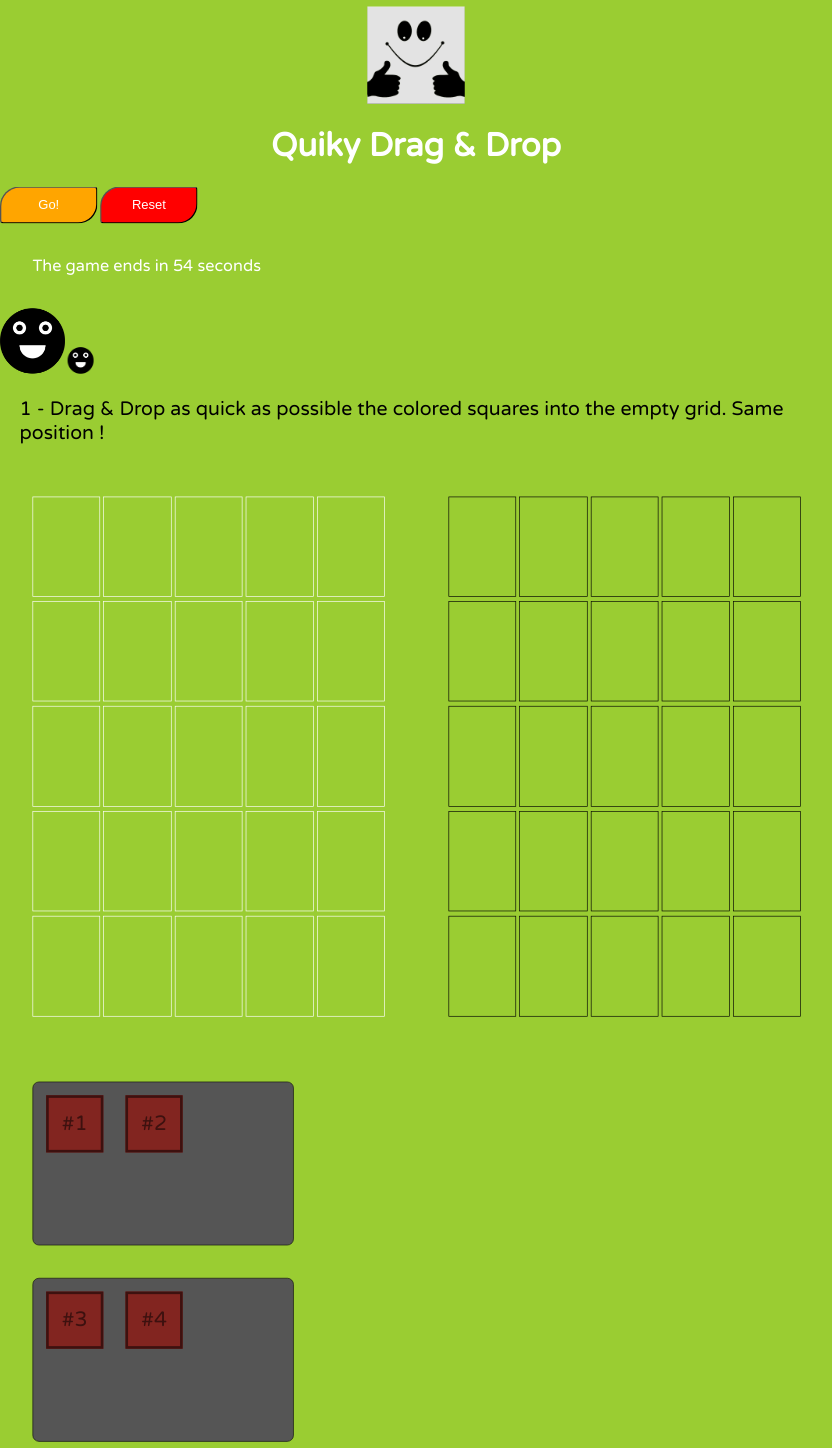
Repository: Siehan/Quiky-drag-and-drop
Page: index.html
These files come from the project's save history. The page is drawn as it stood at one moment and after the next save; the edit follows.
The browser window is 1280 px wide. The pictures show the whole page, at 65% of full size.

Above is the page before, as saved 2020-01-22 15:23:48.
Console error: TypeError: Cannot read properties of null (reading 'addEventListener')

### index.html
<!DOCTYPE html>
<html lang="en">

<head>
  <meta charset="UTF-8">
  <meta name="viewport" content="width=device-width, initial-scale=1.0">
  <meta http-equiv="X-UA-Compatible" content="ie=edge">
  <link rel="stylesheet" type="text/css" href="style.css">
  <script type="module" src="grid.js"></script>
  <script type="text/javascript"></script>
  <title>Document</title>
</head>

<body>
  <header>
    <img class="thumbs-face" src="images/Thumbs-Up-Smiley-Face.png" alt="thumbs face">
    <h1>Quiky Drag & Drop</h1>
    <button id="button-go">Go!</button>
    <button id="button-reset">Reset</button>
  </header>

  <div id="time"></div>
  <img class="black-face" src="images/1297390581.png" alt="black face">
  <img class="dragImg" src=drag_img.png>

  <p>1 - Drag & Drop as quick as possible the colored squares into the empty grid. Same position !</p>
  <div id="container">

    <div class="container-one"></div>
    <div class="container-two"></div>
  </div>

  <div class="dropper">
    <div class="draggable">#1</div>
    <div class="draggable">#2</div>
  </div>
  <div class="dropper">
    <div class="draggable">#3</div>
    <div class="draggable">#4</div>
  </div>

</body>

</html>

### style.css
@import url("https://fonts.googleapis.com/css?family=Varela+Round&display=swap");

body, html {
  font-family: 'Varela Round', sans-serif;
  background: yellowgreen;
  margin: 0 auto;
  padding: 0;
}

#button-go {
  width: 150px;
  color: white;
  font-size: 20px;
  background-color: orange;
  padding: 15px;
  border-radius: 30px 5px;
}

#button-reset {
  width: 150px;
  color: white;
  font-size: 20px;
  background-color: red;
  padding: 15px;
  border-radius: 30px 5px;
}

h1 {
  color: white;
  text-align: center;
  font-size: 50px;
}

p {
  padding: 30px;
  margin: auto;
  font-family: 'Varela Round', sans-serif;
  font-size: 30px;
  color: black;
}

.black-face {
  width: 100px;
}

.thumbs-face {
  width: 150px;
  display: block;
  margin-left: auto;
  margin-right: auto;
  padding-top: 10px;
  margin: auto;
}

.dragImg {
  width: 40px;
}

#container {
  display: flex;
}

.container-one {
  display: grid;
  padding: 50px;
  grid-template-columns: repeat(5,1fr);
  grid-template-rows: repeat(5,1fr);
  width: 800px;
  height: 800px;
  grid-gap: 7px;
}
.container-two {
  display: grid;
  padding: 50px;
  grid-template-columns: repeat(5,1fr);
  grid-template-rows: repeat(5,1fr);
  width: 800px;
  height: 800px;
  grid-gap: 7px;
}

.container-one div {
  border: 1.5px solid white;
  width: 100%;
}

.container-two div {
  border: 1.5px solid black;
  width: 100%;
}

#time {
  padding: 50px;
  margin: auto;
  color: white;
  font-size: 25px;
}

.dropper {
    margin: 50px 10px 10px 50px;
    width: 400px;
    height: 250px;
    background-color: #555;
    border: 1px solid #111;

    border-radius: 10px;
    transition: all 200ms linear;
}

.drop_hover {
    box-shadow: 0 0 30px rgba(0, 0, 0, 0.8) inset;
}

.draggable {
    display: inline-block;
    margin: 20px 10px 10px 20px;
    padding-top: 20px;
    width: 80px;
    height: 60px;
    color: #3D110F;
    background-color: #822520;
    border: 4px solid #3D110F;
    text-align: center;
    font-size: 2em;
    cursor: move;

    transition: all 200ms linear;
    user-select: none;
}

### grid.js
function selectGeometricForms() {
    const btn = document.getElementById("button-go");
    const btnReset = document.getElementById("button-reset");
}

function setBlockColor() {
    const cases = document.querySelectorAll(".container-one div");
    cases.forEach(
        c =>
            c.style.background = getRandomColor())
}

function getRandomColor() {
    var letters = '0123456789ABCDEF';
    var color = '#';
    for (var i = 0; i < 6; i++) {
        color += letters[Math.floor(Math.random() * 16)];
    }
    return color;
}

function hourglass(id, cpt, lim, prev, next, callback) {
    (function f() {
        var el = document.getElementById(id);
        el.innerHTML = prev + cpt + next;
        if (cpt > lim) {
            cpt--;
            setTimeout(f, 999);
        } else if (callback) {
            callback();
        }
    })();
}

window.onload = function () {
    hourglass('time', 59, 0, 'The game ends in ', ' seconds', function () {
        alert("Game over !");
    });
};

for (let i = 0; i <= 24; i++) {
    var containerOne = document.querySelector(".container-one");
    var newDiv = document.createElement("div");
    newDiv.className = ("caseOne-" + i + " caseTableau1")
    containerOne.appendChild(newDiv);
}
console.log(containerOne);

for (let i = 0; i <= 24; i++) {
    var containerTwo = document.querySelector(".container-two");
    var newDiv2 = document.createElement("div");
    newDiv2.className = ("caseTwo-" + i + " caseTableau2")
    containerTwo.appendChild(newDiv2);
}
console.log(containerTwo);


var dragImg = new Image();
dragImg.src = 'drag_img.png';

document.querySelector('*[draggable="true"]').addEventListener('dragstart', function (e) {
    e.dataTransfer.setDragImage(dragImg, 40, 40); // Une position de 40x40 pixels centrera l'image (de 80x80 pixels) sous le curseur

});
(function () {

    var dndHandler = {

        draggedElement: null, // Propriété pointant vers l'élément en cours de déplacement

        applyDragEvents: function (element) {

            element.draggable = true;

            var dndHandler = this; // Cette variable est nécessaire pour que l'événement « dragstart » ci-dessous accède facilement au namespace « dndHandler »

            element.addEventListener('dragstart', function (e) {
                dndHandler.draggedElement = e.target; // On sauvegarde l'élément en cours de déplacement
                e.dataTransfer.setData('text/plain', ''); // Nécessaire pour Firefox
            });

        },

        applyDropEvents: function (dropper) {

            dropper.addEventListener('dragover', function (e) {
                e.preventDefault(); // On autorise le drop d'éléments
                this.className = 'dropper drop_hover'; // Et on applique le style adéquat à notre zone de drop quand un élément la survole
            });

            dropper.addEventListener('dragleave', function () {
                this.className = 'dropper'; // On revient au style de base lorsque l'élément quitte la zone de drop
            });

            var dndHandler = this; // Cette variable est nécessaire pour que l'événement « drop » ci-dessous accède facilement au namespace « dndHandler »

            dropper.addEventListener('drop', function (e) {

                var target = e.target,
                    draggedElement = dndHandler.draggedElement, // Récupération de l'élément concerné
                    clonedElement = draggedElement.cloneNode(true); // On créé immédiatement le clone de cet élément

                while (target.className.indexOf('dropper') == -1) { // Cette boucle permet de remonter jusqu'à la zone de drop parente
                    target = target.parentNode;
                }

                target.className = 'dropper'; // Application du style par défaut

                clonedElement = target.appendChild(clonedElement); // Ajout de l'élément cloné à la zone de drop actuelle
                dndHandler.applyDragEvents(clonedElement); // Nouvelle application des événements qui ont été perdus lors du cloneNode()

                draggedElement.parentNode.removeChild(draggedElement); // Suppression de l'élément d'origine

            });

        }

    };

    var elements = document.querySelectorAll('.draggable'),
        elementsLen = elements.length;

    for (var i = 0; i < elementsLen; i++) {
        dndHandler.applyDragEvents(elements[i]); // Application des paramètres nécessaires aux éléments déplaçables
    }

    var droppers = document.querySelectorAll('.dropper'),
        droppersLen = droppers.length;

    for (var i = 0; i < droppersLen; i++) {
        dndHandler.applyDropEvents(droppers[i]); // Application des événements nécessaires aux zones de drop
    }

})();


setBlockColor()

After the next save:
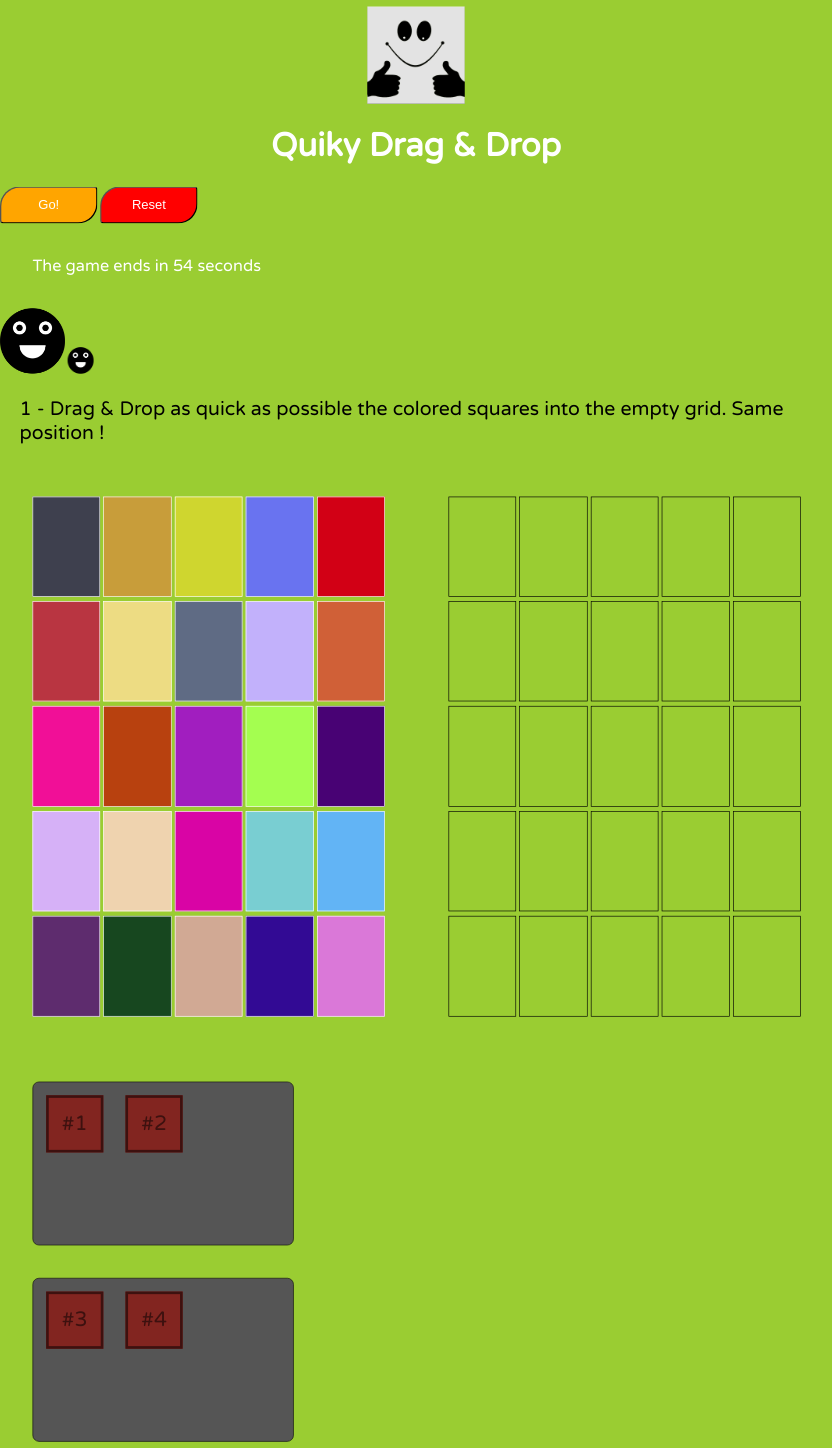
The error is gone.
Saved 10 s later.
--- a/grid.js
+++ b/grid.js
@@ -55,13 +55,7 @@ for (let i = 0; i <= 24; i++) {
 console.log(containerTwo);
 
 
-var dragImg = new Image();
-dragImg.src = 'drag_img.png';
 
-document.querySelector('*[draggable="true"]').addEventListener('dragstart', function (e) {
-    e.dataTransfer.setDragImage(dragImg, 40, 40); // Une position de 40x40 pixels centrera l'image (de 80x80 pixels) sous le curseur
-
-});
 (function () {
 
     var dndHandler = {
